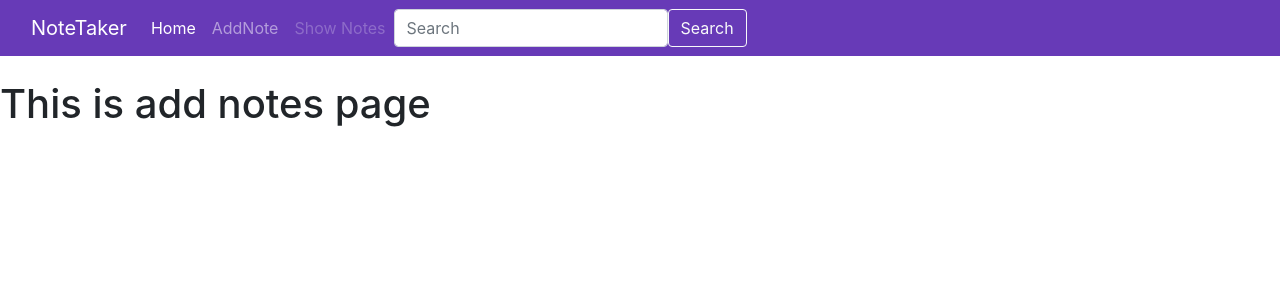
Repository: Mayank-SDE/Projects
Page: http://localhost/NoteTakerTodoApp/
These files come from the project's save history. The page is drawn as it stood at one moment and after the next save; the edit follows.
The browser window is 1280 px wide. The pictures show the whole page.
Some web libraries are served in a nearby version. The page is served by Tomcat 9.

Above is the page before, as saved 2022-02-10 15:39:48.

After the next save:
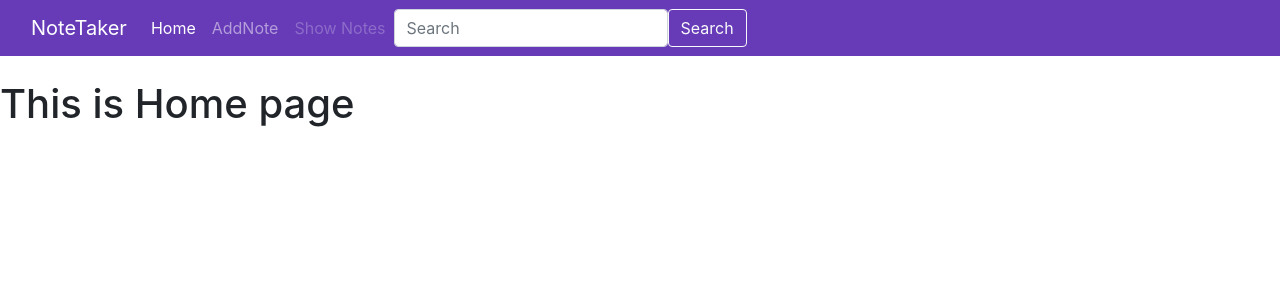
Saved 8 s later.
--- a/NoteTaker/NoteTakerTodoApp/src/main/webapp/index.jsp
+++ b/NoteTaker/NoteTakerTodoApp/src/main/webapp/index.jsp
@@ -15,7 +15,7 @@
 
    <%@ include file="navbar.jsp"%>
       <br>
-     <h1>This is add notes page</h1>
+     <h1>This is Home page</h1>
 
    </div>
 
